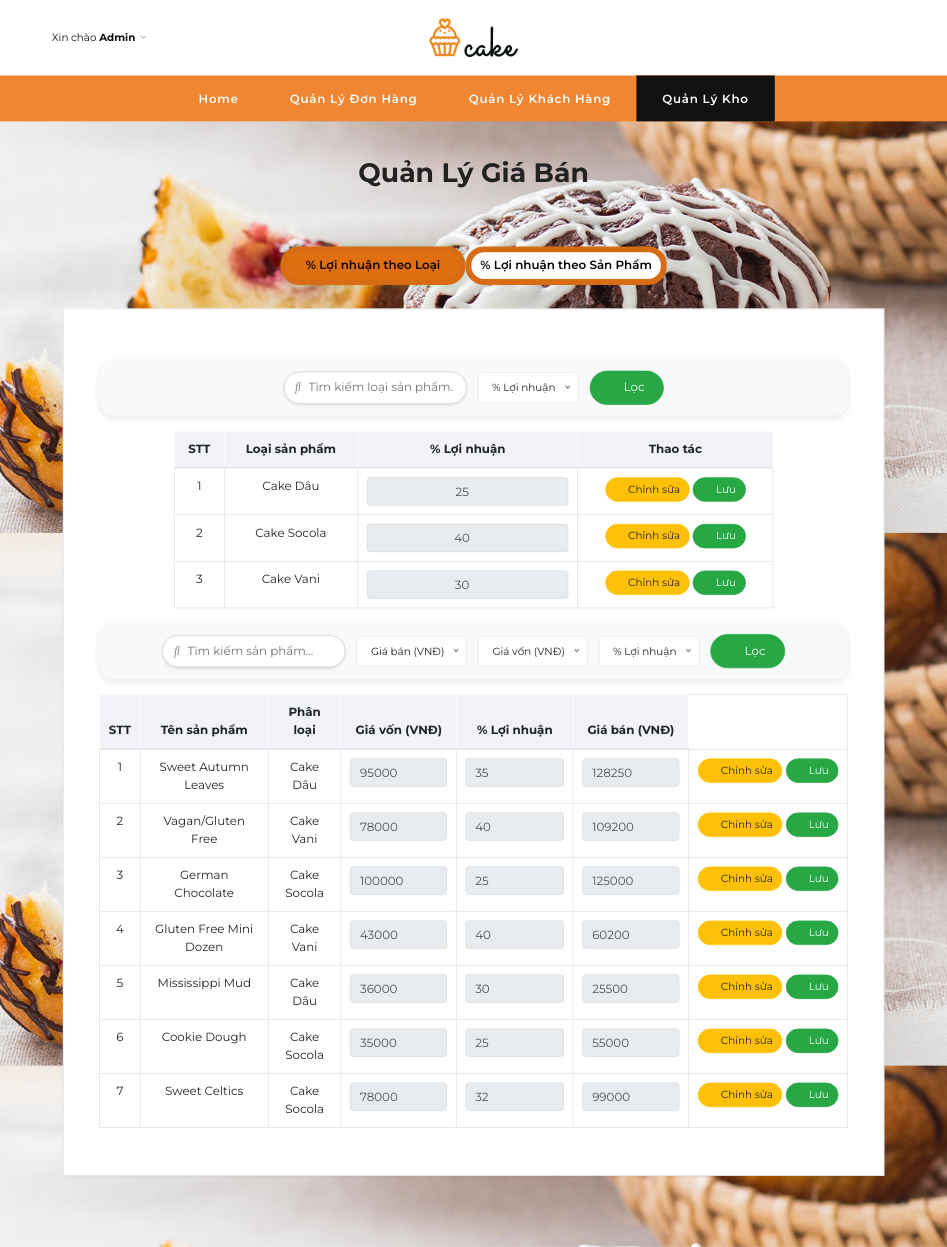
Repository: nhanto2n-byte/Nhom10ChieuThu3
Page: ProjectWeb/cake-main/admin_selling.html
An editor plug-in stored every save of this project. The page is shown before and after the next save, followed by the edit.
The browser window is 1280 px wide. The pictures show the whole page, at 74% of full size.
Backgrounds fixed to the window are drawn as part of the page.

Above is the page before, as saved 2025-11-04 10:30:06.

After the next save:
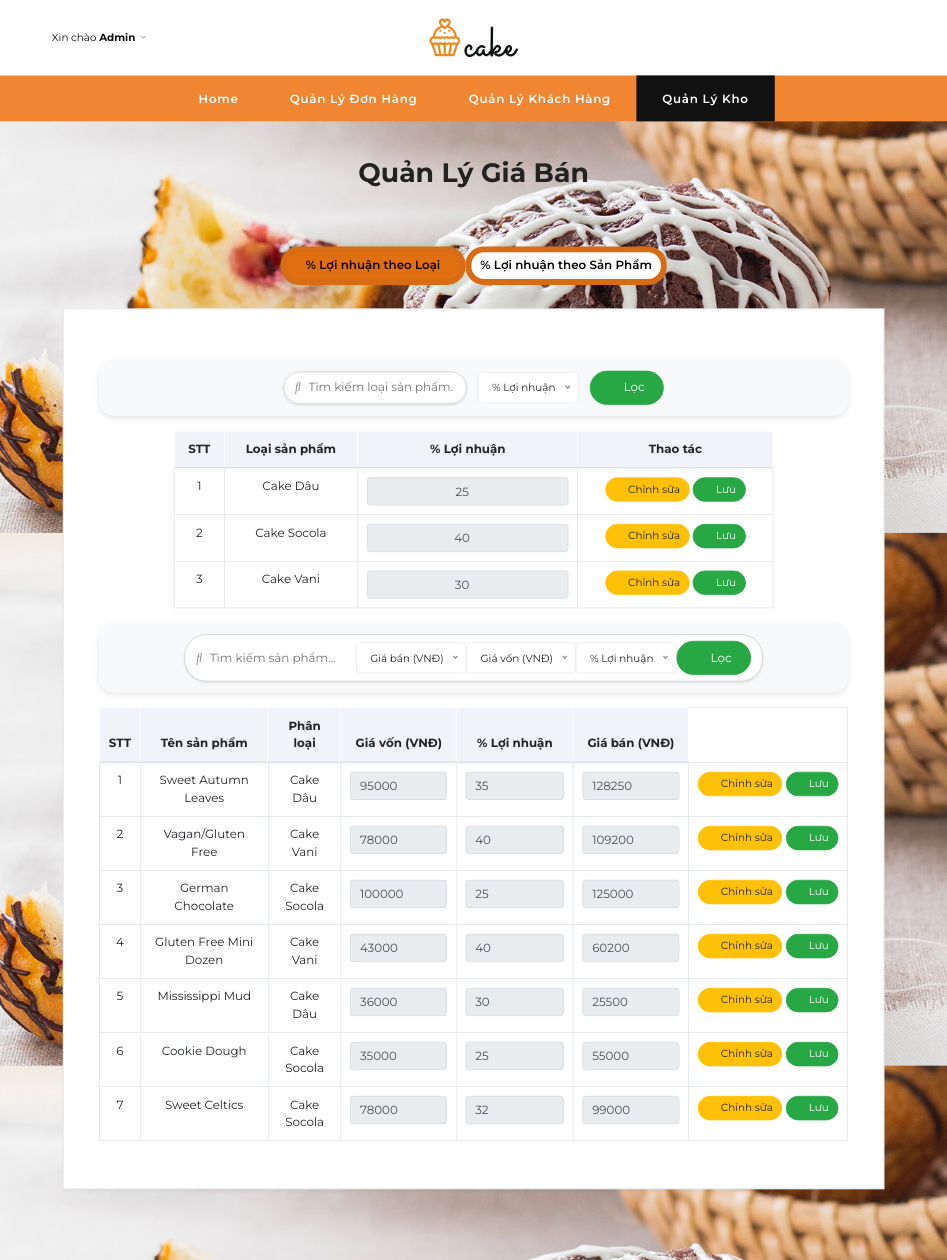
Saved 53 s later.
--- a/ProjectWeb/cake-main/admin_selling.html
+++ b/ProjectWeb/cake-main/admin_selling.html
@@ -373,8 +373,7 @@
           width: 200px;
           border-radius: 30px;
         "
-      />
-    </div>
+
 
     <!-- Bộ lọc giá bán -->
     <div class="mb-2" style="margin-bottom: 0rem !important">
